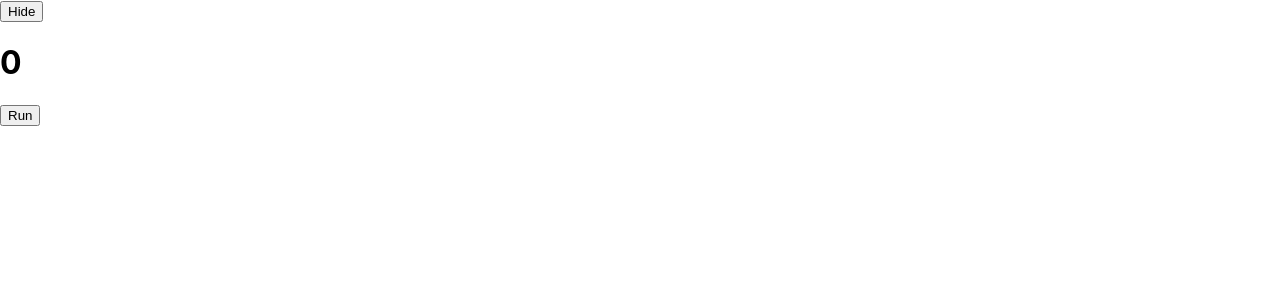
Repository: haidawngvn/hooks-bible
Page: /, after clicking the first element matching `button`
The author's editor kept a copy of each file at every save. The page is drawn from the files as they stood at one save, then again after a run of saves.
The browser window is 1280 px wide. The pictures show the whole page.
The project was rebuilt for these pictures with package versions that can differ from the ones it lists, and the page was loaded fresh each time.

Above is the page before, as saved 2022-07-29 09:46:36.

### public/index.html
<!DOCTYPE html>
<html lang="en">
  <head>
    <meta charset="utf-8" />
    <link rel="icon" href="%PUBLIC_URL%/favicon.ico" />
    <meta name="viewport" content="width=device-width, initial-scale=1" />
    <meta name="theme-color" content="#000000" />
    <meta
      name="description"
      content="Web site created using create-react-app"
    />
    <link rel="apple-touch-icon" href="%PUBLIC_URL%/logo192.png" />
    <!--
      manifest.json provides metadata used when your web app is installed on a
      user's mobile device or desktop. See https://developers.google.com/web/fundamentals/web-app-manifest/
    -->
    <link rel="manifest" href="%PUBLIC_URL%/manifest.json" />
    <!--
      Notice the use of %PUBLIC_URL% in the tags above.
      It will be replaced with the URL of the `public` folder during the build.
      Only files inside the `public` folder can be referenced from the HTML.

      Unlike "/favicon.ico" or "favicon.ico", "%PUBLIC_URL%/favicon.ico" will
      work correctly both with client-side routing and a non-root public URL.
      Learn how to configure a non-root public URL by running `npm run build`.
    -->
    <title>Hooks Examples</title>
  </head>
  <body>
    <noscript>You need to enable JavaScript to run this app.</noscript>
    <div id="root"></div>
    <!--
      This HTML file is a template.
      If you open it directly in the browser, you will see an empty page.

      You can add webfonts, meta tags, or analytics to this file.
      The build step will place the bundled scripts into the <body> tag.

      To begin the development, run `npm start` or `yarn start`.
      To create a production bundle, use `npm run build` or `yarn build`.
    -->
  </body>
</html>

### src/index.js
import React from 'react';
import ReactDOM from 'react-dom/client';
import './index.css';
import App from './App';
import reportWebVitals from './reportWebVitals';


// Fake auto comment function
function emitComment(id) {
    setInterval(() => {
        window.dispatchEvent(
            new CustomEvent(`lesson-${id}`, {
                detail: `comment on lession-${id}`
            })
        )
    }, 2000)
}

emitComment(1)
emitComment(2)
emitComment(3)

const root = ReactDOM.createRoot(document.getElementById('root'));
root.render(
//   <React.StrictMode>
    <App />
//   </React.StrictMode>
);

// If you want to start measuring performance in your app, pass a function
// to log results (for example: reportWebVitals(console.log))
// or send to an analytics endpoint. Learn more: https://bit.ly/CRA-vitals
reportWebVitals();

### src/App.js
import  { useState } from 'react'
import Content3 from './Content3';

function App() {
    const [show, setShow] = useState(false)

    return (
        <div className="App">
            <button
                onClick={() => setShow(!show)}
            >
                {show ? 'Hide' : 'Show'}
            </button>
            { show && <Content3/>}

        </div>
    );
}

export default App;

### src/Content3.js
import  { useEffect, useLayoutEffect, useState } from 'react'


function Content3() {
    const [count, setCount] = useState(0)

    const handleRun = () => {
        setCount(count+1)
    }

    // khi xài useEffect trong TH này thì => count render ra 4 rồi mới chạy callback => rới mới render ra 0
    // useEffect(() => {
    //     if (count > 3) {
    //         setCount(0)
    //     }
    // },[count])

    useLayoutEffect(() => {
        if (count > 3) {
            setCount(0)
        }
    },[count])

    return (
        <div>
            <h1>{count}</h1>
            <button
                onClick={handleRun}
            >
                Run
            </button>
        </div>
    )
}

export default Content3

Loaded but not shown: src/index.css (common file); src/reportWebVitals.js (common file)

After the next 2 saves:
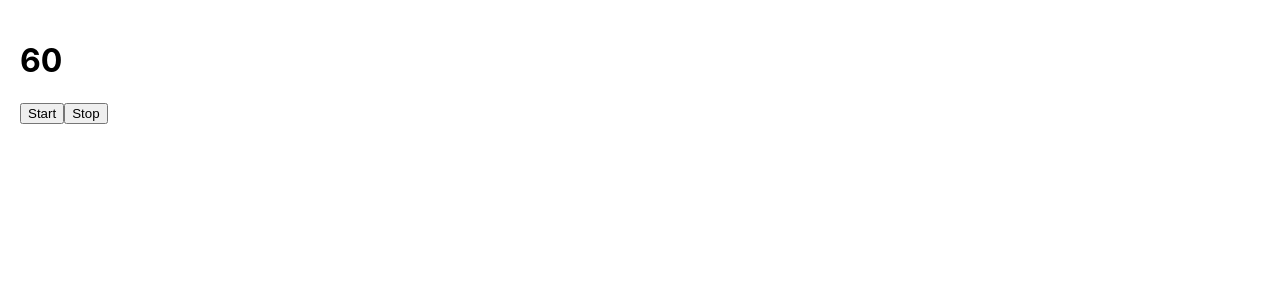
The 2 saves are shown as one change because 1 did not build or start.
The last was saved 8 min 51 s later.
--- a/src/App.js
+++ b/src/App.js
@@ -1,20 +1,22 @@
-import  { useState } from 'react'
-import Content3 from './Content3';
+import  { useEffect, useLayoutEffect, useState } from 'react'
 
-function App() {
-    const [show, setShow] = useState(false)
+function App(){
 
-    return (
-        <div className="App">
-            <button
-                onClick={() => setShow(!show)}
-            >
-                {show ? 'Hide' : 'Show'}
-            </button>
-            { show && <Content3/>}
+    const [count, setCount] = useState (60)
+    const handleStart = () => {
 
+    }
+    const handleStop = () => {
+
+    }
+
+    return(
+        <div style={{ padding : 20 }}>
+            <h1>{count}</h1>
+            <button onClick={handleStart}>Start</button>
+            <button onClick={handleStop}>Stop</button>
         </div>
-    );
+    )
 }
 
-export default App;
+export default App
